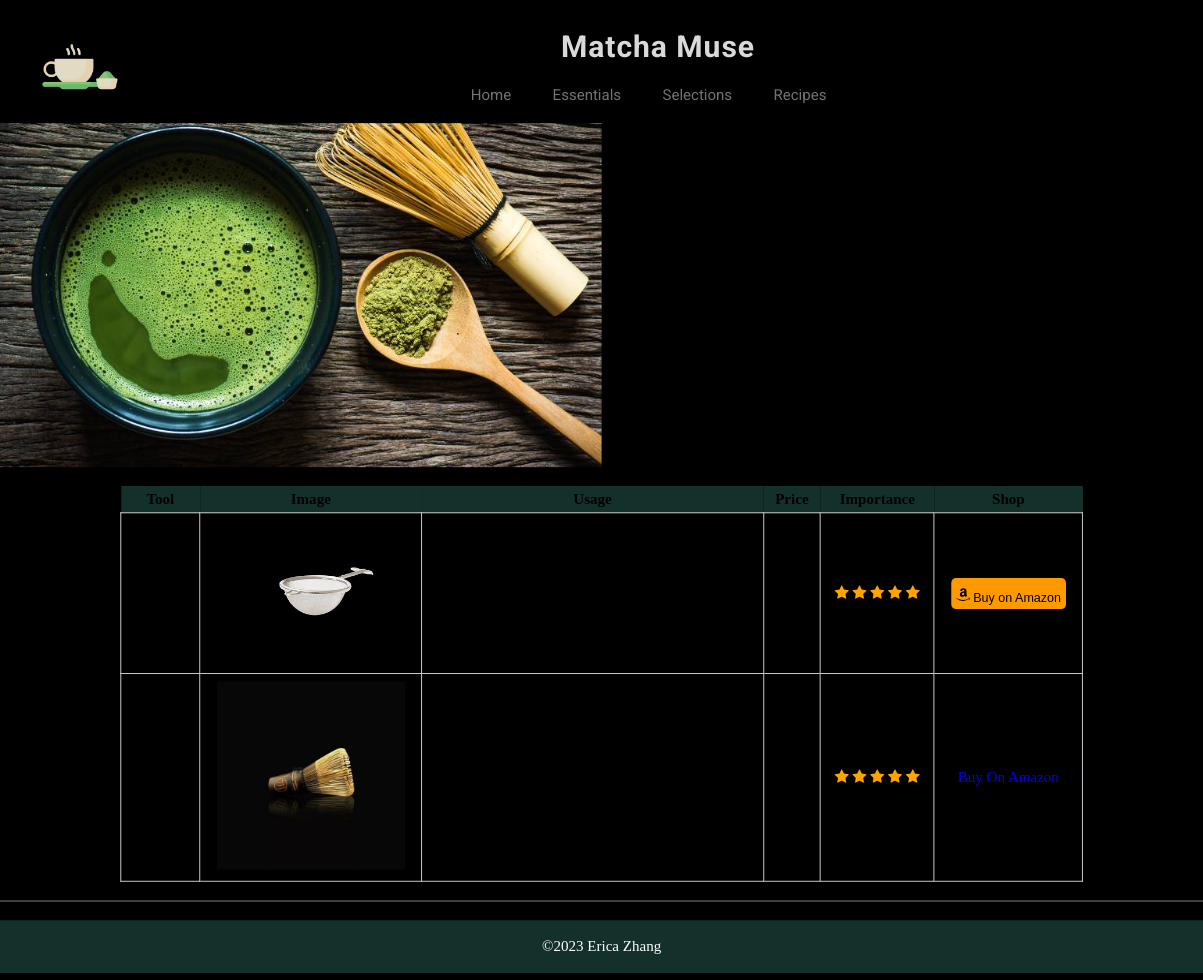
Repository: ericazz17/matchawebsite
Page: essentials.html
These files come from the project's save history. The page is drawn as it stood at one moment and after a run of saves; the edit follows.
The browser window is 1280 px wide. The pictures show the whole page, at 94% of full size.

Above is the page before, as saved 2023-09-26 04:59:53.

### essentials.html
<!DOCTYPE html>
<html>
<head>
    <title>Matcha Muse</title>
    <link rel="stylesheet" type="text/css" href="essentials.css">
    <link rel="preconnect" href="https://fonts.googleapis.com">
    <link rel="preconnect" href="https://fonts.gstatic.com" crossorigin>
    <link href="https://fonts.googleapis.com/css2?family=Roboto:wght@400;700&display=swap" rel="stylesheet">
    <link rel="stylesheet" href="https://cdnjs.cloudflare.com/ajax/libs/font-awesome/4.7.0/css/font-awesome.min.css">
</head>

<body>
    <header class="header">

        <div class="header-container">
            <div id="icon-container">
                <img class="header-icon" src="images/header-icon.png">
            </div>
            <div id="header-name">
                <h1>Matcha Muse</h1>
            </div>
        </div>

        <nav class="topbar">
            <div class="topbardiv">
                <a class="button" href="main.html">Home</a>
                <a class="button" href="essentials.html">Essentials</a>
                <a class="button" href="selections.html">Selections</a>
                <a class="button" href="recipes.html">Recipes</a>
            </div>
        </nav>
    </header>

    <div class="topsection">
        <div class="topsection-img">
            <img class="matcha-tools" src="images/matcha-tea.jpeg">
        </div>
        <div class="topsection-text">
            <h2 class="toph2">Journey to the Perfect Matcha</h2>
            <h3>Learn about the tools you need for that beautiful green hue and foamy froth of the matcha latte!</h3>
        </div>
    </div>

    <!-- table  -->

    <div class="table-container">
        <table class="info-table">
            <!-- row 1 -->
          <tr>
            <th class="col1">Tool</th>
            <th class="col2">Image</th>
            <th class="col3">Usage</th>
            <th class="col4">Price</th>
            <th class="col5">Importance</th>
            <th class="col6">Shop</th>
          </tr>
          <tr class="row1">
            <td>Sifter</td>
            <td>
                <img class="sifter-image" src="images/sifter2.jpeg" alt="Sifter"></td>
            <td class="r1c3">
                Sifter ensures a smooth and clump-free consistency by breaking up any powder lumps, resulting in a more enjoyable and visually appealing matcha drink.</td>
            <td>
                $7
            </td>
            <td>
                <span class="fa fa-star checked"></span>
                <span class="fa fa-star checked"></span>
                <span class="fa fa-star checked"></span>
                <span class="fa fa-star checked"></span>
                <span class="fa fa-star checked"></span>
            </td>
            <td>
                <a href="https://www.amazon.com/Jade-Leaf-Matcha-Eliminate-Stainless/dp/B092QMWCKK/ref=sr_1_1_sspa?crid=17NF4YJBBYBSW&keywords=matcha+sifter&qid=1695332046&sprefix=matcha+sift%2Caps%2C160&sr=8-1-spons&sp_csd=d2lkZ2V0TmFtZT1zcF9hdGY&psc=1" target="_blank" class="buy-now-button">
                    <button class="buy-now-button">
                        <img class="amazon-icon" src="images/amazon-logo.svg" alt="amazon-icon">
                        <span class="amazon-text"> Buy on Amazon</span>
                    </button>
                </a>
            </td>
          </tr>
          <!-- row 2 -->
          <tr class="row1">
            <td>Whisk (Chasen)</td>
            <td>
                <img class="chasen-image" src="images/chasen.jpg" alt="Chasen"></td>
            <td class="r1c3">
                Sifter ensures a smooth and clump-free consistency by breaking up any powder lumps, resulting in a more enjoyable and visually appealing matcha drink.</td>
            <td>
                $7
            </td>
            <td>
                <span class="fa fa-star checked"></span>
                <span class="fa fa-star checked"></span>
                <span class="fa fa-star checked"></span>
                <span class="fa fa-star checked"></span>
                <span class="fa fa-star checked"></span>
            </td>
            <td>
                <div class="buy-now-container">
                    <a href="https://www.amazon.com/Jade-Leaf-Matcha-Eliminate-Stainless/dp/B092QMWCKK/ref=sr_1_1_sspa?crid=17NF4YJBBYBSW&keywords=matcha+sifter&qid=1695332046&sprefix=matcha+sift%2Caps%2C160&sr=8-1-spons&sp_csd=d2lkZ2V0TmFtZT1zcF9hdGY&psc=1" target="_blank" class="buy-now-button">Buy On Amazon</a>
                </div>
            </td>
          </tr>
        </table>
      </div>

    <hr class="separation-line">


</body>

<footer>
    <div class="footer">
        <p>&copy2023 Erica Zhang</p>
    </div>
</footer>

</html>

### essentials.css
body {
    background-color: black;
    width: 100%;
    margin-left: 0px;
    margin-right: 0px;
    margin-top: 0px;
    padding: 0px;
}

.header {
    position: sticky;
    top: 0;
    background-color: black;
    color: #f1f1f1;
    padding: 10px;
    opacity: 0.9;
  }

.header-container{
    max-width: 100%;
    width: 100%;
    text-align: center;
    margin-top: 0px;
    padding: 0px;

}

#header-name{
    text-align: center;
}

h1 {
    font-family: 'Roboto', sans-serif;
    font-size:px;
    letter-spacing: 1px;
}

h2 {
    font-family: 'Roboto', sans-serif;
    font-size:3vw;
    letter-spacing: 1px;
}

.b4h2 {
    white-space: nowrap;
}

h3 {
    font-family: sans-serif;
    font-size:1.5vw;
    letter-spacing: 1px;
    font-weight: 300;
}

#icon-container{
    width: 100px;
    float: left;
    vertical-align: top;
    padding-left: 20px;
}
.header-icon{
    display:flex;
    height:80px;
    margin-left: 15px;
    flex:1;
}
.topbar {

    height: 30px;
    text-align: center;
}
.button {
    color: gray;
    font-family: 'Roboto', sans-serif;
    padding: 10px;
    margin-right: 20px;

}

a {
    text-decoration: none;
}
.button:hover {
    color: white;
    border-color: rgb(61, 35, 13);
    border-width: 1px;
    border-style: solid;
    border-radius: 5px;
}

.button:active {
    color: white;
    border-color: rgb(61, 35, 13);
    border-width: 1px;
    border-style: solid;
    border-radius: 5px;
}

footer {
    background-color: rgb(19, 48, 43);
    color: white;
    padding: 3px;
    display: flex;
    justify-content: space-between;
    text-align:center;
}
.footer {
    text-align: center;
    left: 0;
    bottom: 0;
    width: 100%;
}

/*  */

.topsection {
    width: 100%;
    margin-left: auto;
    margin-right:auto;
    display: flex;
    justify-content: center;
    /* align-items: center; */
}

.topsection-text{
    display: block;
    width: 37%;
    float: left;
    padding-left:3%;
    padding-right: 10%;
    font-family: 'Roboto', sans-serif;
    padding-top: 3%;
    font-weight: 100;
}

.toph2 {
    white-space: nowrap;
}

.topsection-img {
    width: 50%;
    float: left;
    background-size: 100% 100%;
}

.topsection-img img {
    width: 100%;
    height: 100%;
    display:inline-block;
}

.separation-line {
    border: none;
    border-top: 1px solid gray;
    margin: 20px 0;
  }

  .checked {
    color: orange;
  }

  /* table styling */

  .table-container {
    display: flex;
    justify-content: center;
    width: 100%;
  }

  .info-table {
    border-collapse: collapse;
    width: 80%;
    margin-top: 20px;
  }

  .info-table th {
    text-align: center;
    background-color:  rgb(19, 48, 43);
    height: 18px;
    padding-top: 5px;
    padding-bottom: 5px;
}

.r1c3 {
  text-align: left;
}

  .r1c3 {
    text-align: left;
}

  .info-table td {
    border: 0.3px solid lightgray;
    padding: 8px;
  }

  .row1 {
    height: 10px;
    text-align: center;
  }

  .col1 {
    width: 5%;
  }

  .col2 {
    width: 10%;
  }

  .col2 img {
    width:50px;
    height: 50px;
  }
  .col3 {
    width: 30%;
  }

  .col4 {
    width: 5%;
  }

  .col5 {
    width: 10%;
  }

  .col6 {
    width: 13%

  }

  .sifter-image {
    height: 150px;
    width: auto;
    padding-left: 15%;
  }

  button.buy-now-button {
    background-color: #FF9900;
    padding: 5px 5px;
    text-decoration: none;
    color: black;
    border: none;
    text-align: center;
    display: inline-block;
    border-radius: 5px;
    vertical-align: center;
}

.buy-now-button:hover {
    opacity:0.7;
}

.chasen-image {
    width: 200px;
    height: auto;
}

.amazon-icon {
    padding-top: 5px;
    width: 15px;
}

/* .amazon-text {
    padding-bottom: 20px;
} */

After the next 3 saves:
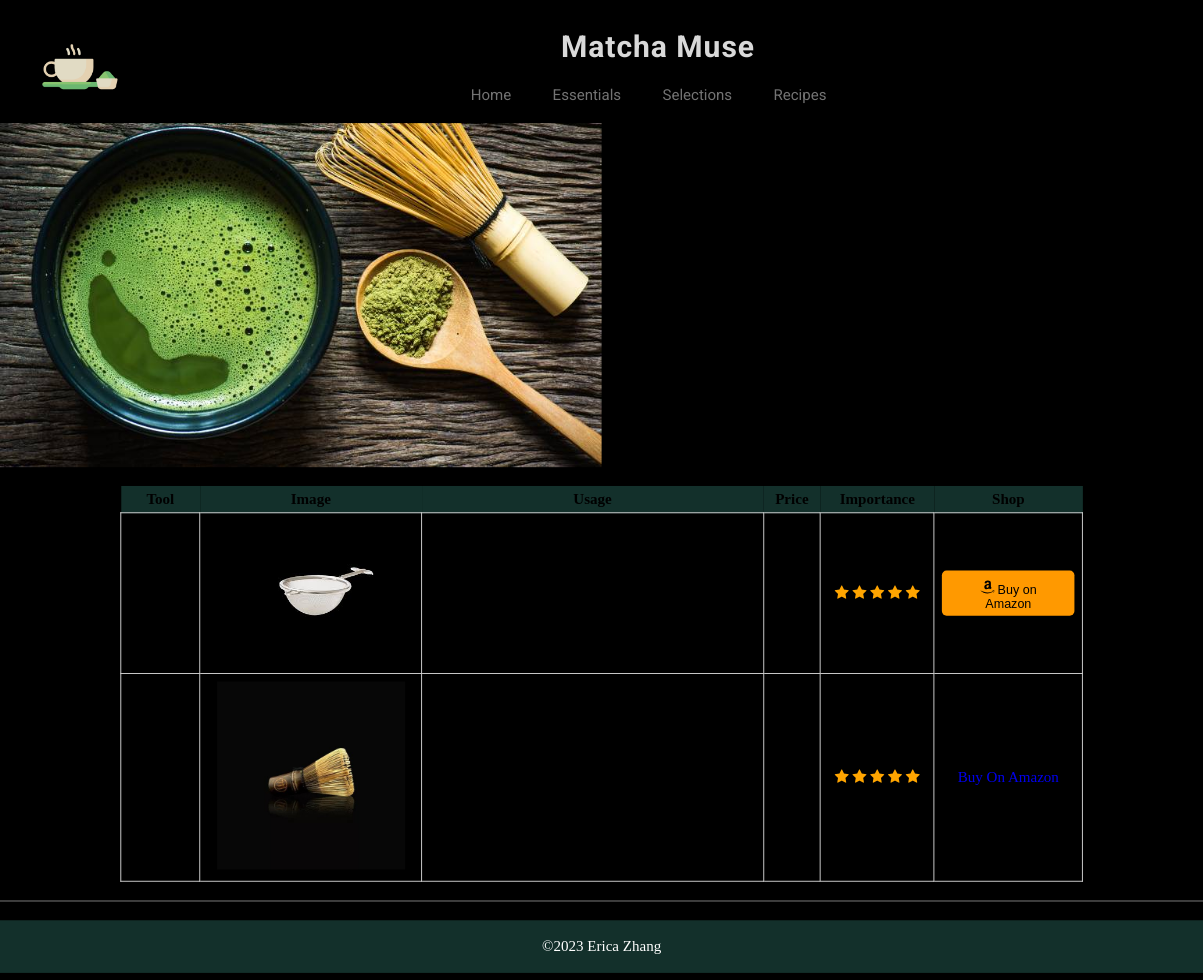
The 3 saves are shown as one change because they came seconds apart.
The last was saved 31 s later.
--- a/essentials.css
+++ b/essentials.css
@@ -236,7 +236,7 @@ footer {
 
   button.buy-now-button {
     background-color: #FF9900;
-    padding: 5px 5px;
+    padding: 5px 20px;
     text-decoration: none;
     color: black;
     border: none;
